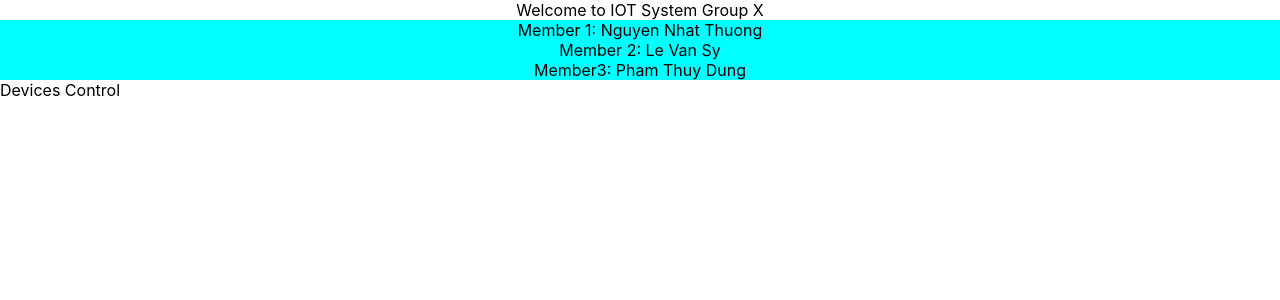
Repository: ngnhthuong/IOT_LAB
Page: /
An editor plug-in stored every save of this project. The page is shown before and after a run of saves, followed by the edit.
The browser window is 1280 px wide. The pictures show the whole page.
The project was rebuilt for these pictures with package versions that can differ from the ones it lists, and the page was loaded fresh each time.

Above is the page before, as saved 2024-04-23 14:34:19.

### src/App.js
import "./App.css";

function App() {
  return (
    <div className="main">
      <div></div>
      <div className="welcome-name">Welcome to IOT System Group X</div>
      <div className="member-name">
        <div className="member">Member 1: Nguyen Nhat Thuong</div>
        <div className="member">Member 2: Le Van Sy</div>
        <div className="member">Member3: Pham Thuy Dung</div>
      </div>
      <div>Devices Control</div>
      <div>
        <div>
          <div></div>
          <div></div>
        </div>
        <div>
          <div></div>
          <div></div>
        </div>
      </div>
    </div>
  );
}

export default App;

### src/App.css
* {
  margin: 0;
  padding: 0;
  box-sizing: border-box;
}

.main{
  width: 100vw;
  height: 100vh;
}

.welcome-name{
  display: flex;
  justify-content: center;
}

.member-name{
  display: flex;
  flex-direction: column;
  background-color: aqua;
  align-items: center;
}

.member{
  display: flex;
  left: 0;
}

Loaded but not shown: public/index.html (common file); src/index.js (common file); src/index.css (common file)

After the next 3 saves:
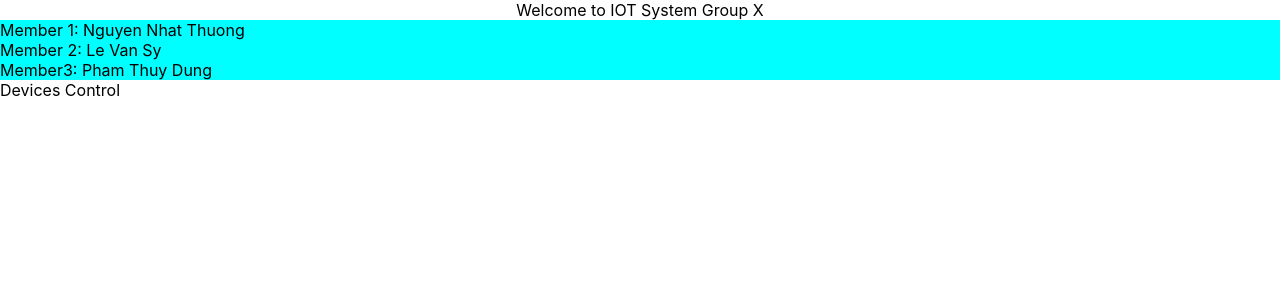
The 3 saves are shown as one change because they came seconds apart.
The last was saved 9 s later.
--- a/src/App.css
+++ b/src/App.css
@@ -7,6 +7,7 @@
 .main{
   width: 100vw;
   height: 100vh;
+  align-items: center;
 }
 
 .welcome-name{
@@ -18,7 +19,6 @@
   display: flex;
   flex-direction: column;
   background-color: aqua;
-  align-items: center;
 }
 
 .member{
